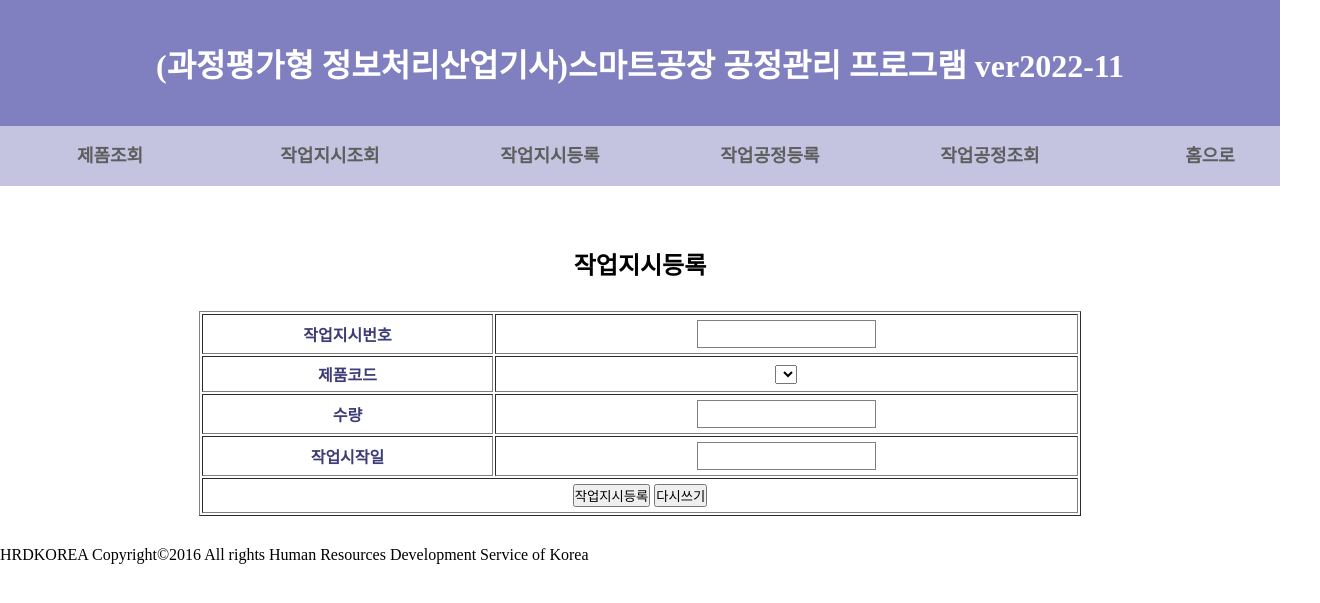
Repository: anakyn01/exam
Page: http://localhost/smart_5/sub2_1.jsp
An editor plug-in stored every save of this project. The page is shown before and after the next save, followed by the edit.
The browser window is 1280 px wide. The page is 1320 px wide, so the pictures cover 1320 px, including what lies to the right of the window. The pictures show the whole page.
The page is served by Tomcat 9.

Above is the page before, as saved 2025-01-06 07:33:38.

After the next save:
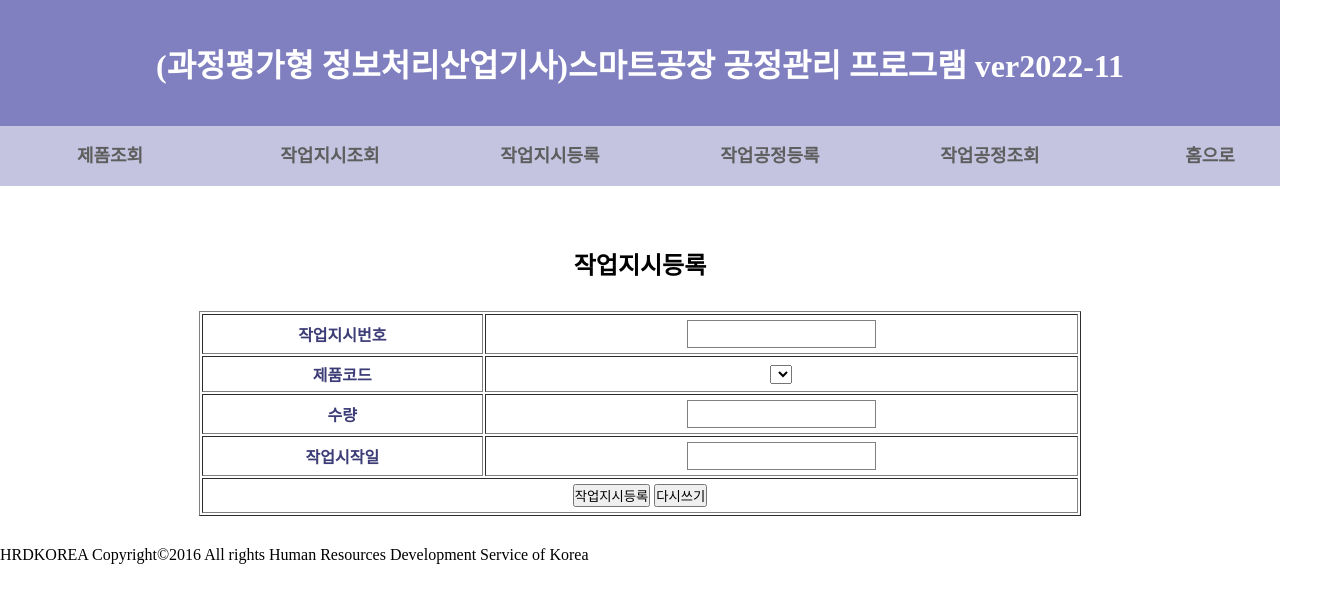
Saved 18 s later.
--- a/smart_5/src/main/webapp/css/style.css
+++ b/smart_5/src/main/webapp/css/style.css
@@ -15,5 +15,5 @@ table{margin:0 auto; width:70%; text-align:center;}
 th{color:#3c3c77;}
 th,td{padding:5px 0;}
 input[type="text"]{
-height:28px; border:1px solid gray;
+height:28px; border:1px solid gray; padding:0 5px; front-size:16px;
 }
